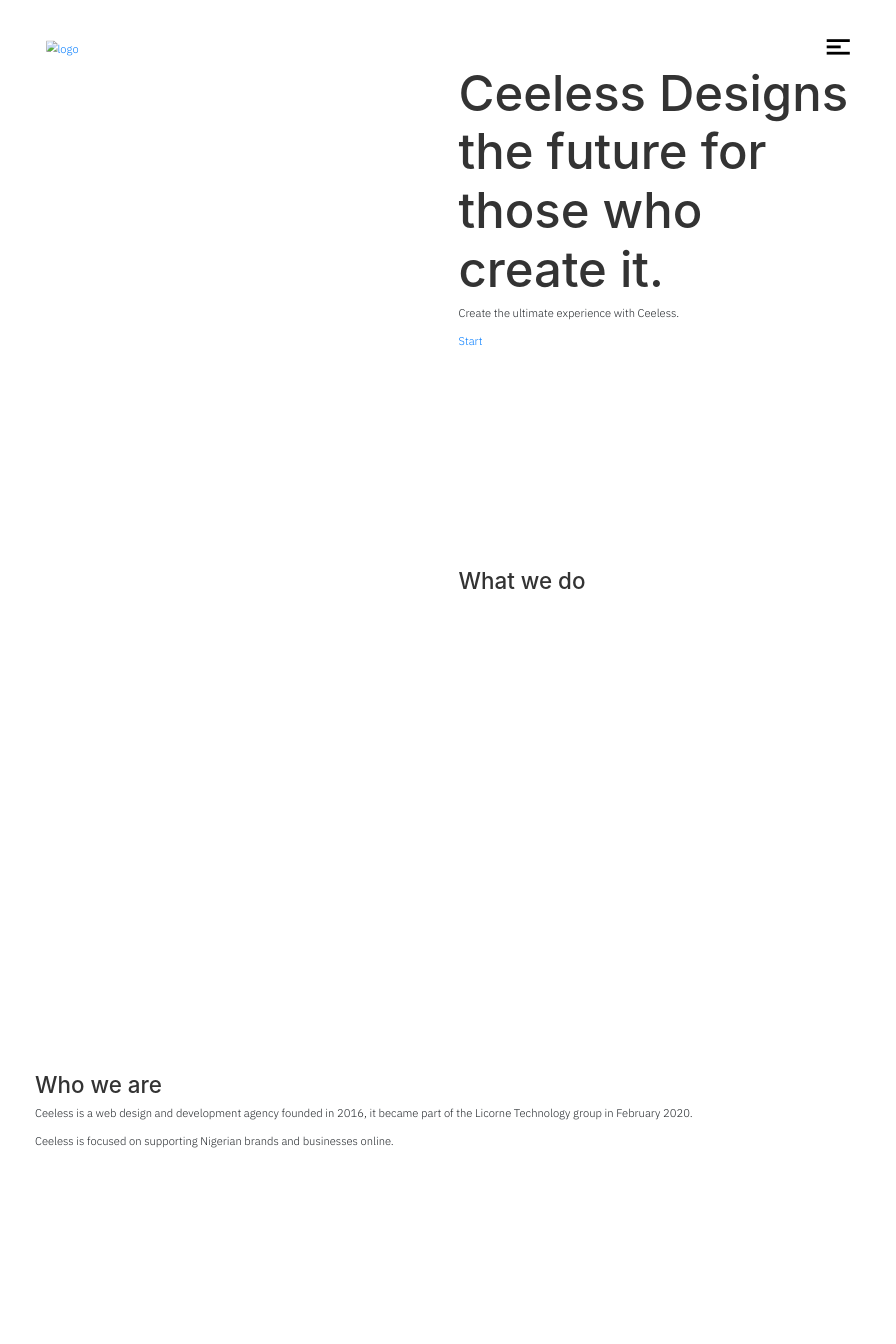
Repository: Licorne-Technologies/Ceeless-v2
Page: index.html
An editor plug-in stored every save of this project. The page is shown before and after the next save, followed by the edit.
The browser window is 1280 px wide. The pictures show the part of the page from y = 0 to 1920 px (the page is 3037 px tall), at 70% of full size.
Some web libraries are served in a nearby version. The style sheet was rebuilt from its Sass, Less or Tailwind sources for each picture, by a compiler version that may differ from the author's.

Above is the page before, as saved 2020-06-15 12:43:01.

### index.html
<!DOCTYPE html>
<html lang="en">
<head>
    <meta charset="UTF-8">
    <meta name="viewport" content="width=device-width, initial-scale=1.0">
    <!-- UIkit CSS -->
    <link rel="stylesheet" href="https://cdn.jsdelivr.net/npm/uikit@3.5.4/dist/css/uikit.min.css" />
    <!--Bootstrap-->
    <link rel="stylesheet" href="https://stackpath.bootstrapcdn.com/bootstrap/4.4.1/css/bootstrap.min.css" integrity="sha384-Vkoo8x4CGsO3+Hhxv8T/Q5PaXtkKtu6ug5TOeNV6gBiFeWPGFN9MuhOf23Q9Ifjh" crossorigin="anonymous">
    <!--Font awesome -->
    <link rel="stylesheet" href="https://stackpath.bootstrapcdn.com/font-awesome/4.7.0/css/font-awesome.min.css">
    <!--Stylesheet-->
    <link rel="stylesheet" href="css/stylesheet.css">
    <title>Ceeless || Licorne Technologies</title>
</head>
<body>
 <main class="wrapper pt-5">
     <!--Navigation Bar-->
    <header class="navbar">
        <div class="logo">
            <a href="index.html">
                <img src="" alt="logo">
            </a>
        </div>
        <div class="menu">
            <a class="menuIcon" href="#modal-full" uk-toggle>
                <span class="long-bar"></span>
                <span class="short-bar"></span>
                <span class="long-bar"></span>
            </a>
        </div>
        <!--Menu Modal-->
        <div id="modal-full" class="uk-modal-full" uk-modal>
            <div class="uk-modal-dialog">
                <button class="uk-modal-close-full uk-close-large" type="button" uk-close></button>
                <div class="row">
                    <div class="col">
                        <div class="menuItems">
                            <ul class="menuList">
                                <li>
                                    <a href="index.html" class="active"><i class="fa fa-home"></i>Home</a>
                                </li>
                                <li>
                                    <a href="#"><i class="fa fa-info"></i>About</a>
                                </li>
                                <li>
                                    <a href="#"><i class="fa fa-tasks" aria-hidden="true"></i>Portfolio</a>
                                </li>
                                <li>
                                    <a href="#"><i class="fa fa-plane"></i>Contact</a>
                                </li>
                            </ul>
                        </div>
                    </div>
                <div class="col"></div>
                </div>
            </div>
        </div>
    </header>
    <!--End of Navigation Bar-->



    <!--Jumbotron-->
    <section class="jumboText">
        <div class="row">
            <div class="col social-icons"></div>
            <div class="col">
                <div class="message">
                    <!--Message Text-->
                    <h1>Ceeless Designs the future for those who create it.</h1>
                    <p>Create the ultimate experience with Ceeless.</p>
                    <!--Action Btn-->
                    <a href="#" class="action-btn">Start</a>
                </div>

            </div>
        </div>
    </section>
    <!--End of Jumbotron-->

    <!--Portfolio and What We Do Section-->
    <section class="comboSection">
        <div class="row">
            <div class="col">
                <!--Portfolio Gallery-->
            </div>
            <div class="col">
                <h2 class="title">What we do</h2>
                <!--What we do Progress bar-->
            </div>
        </div>
    </section>
    <!--End of section-->

    <!--About us-->
    <section class="aboutUs">
        <div class="row">
            <div class="col">
                <h2 class="title">Who we are</h2>
                <p>Ceeless is a web design and development agency founded in 2016, it became part of the Licorne Technology group in February 2020.</p>
                <p>Ceeless is focused on supporting Nigerian brands and businesses online.</p>
            </div>
        </div>
    </section>
    <!--End of section-->

    <section class="contactUs">
        <div class="row">
            <div class="col">
                <h2 class="title">Work with us</h2>
                <h5>on your next project or get in touch for a chat.</h5>
            </div>
            <div class="col">
                <!--form-->
            </div>
        </div>
    </section>
 </main>
 <footer class="footer">
     <p>&copy;Ceeless Designs | Licorne Technologies</p>
 </footer>

<!-- UIkit JS -->
<script src="https://cdn.jsdelivr.net/npm/uikit@3.5.4/dist/js/uikit.min.js"></script>
<script src="https://cdn.jsdelivr.net/npm/uikit@3.5.4/dist/js/uikit-icons.min.js"></script>
</body>
</html>

### css/stylesheet.scss
@import 'variables';
@import 'footer';
@import 'contact';
@import 'aboutUs';
@import 'whatWeDo';
@import 'portfolio';
@import 'jumbotron';
@import 'navbar';

*{
    margin: 0;
    padding: 0;
    text-decoration: none;
    list-style: none;
    font-family: $font;
}
 section {
    height: 100vh;
}
@media screen and (min-width: 760px){
    .wrapper {
        margin: 0 50px;
    }
}

### css/_variables.scss
@import url('https://fonts.googleapis.com/css2?family=IBM+Plex+Sans:wght@300;700&display=swap');

$font: 'IBM Plex Sans', sans-serif;
$fontLight: 300;
$fontHeavy: 700;
$fontLarge: 70px;
$fontSmall: 45px;
$fontText: 20px;
$fontTextSm: 16px;
$dark: black;
$light: white;
$box-shadow: 0 5px 15px rgba(0,0,0,0.08);
$btn-shadow: 2px 20px 25px -15px rgba(0, 0, 0, 0.54);
$text-shadow: 2px 2px 4px rgba(0, 0, 0, 0.377);

### css/footer.scss
@import 'variables';

.footer {
    background-color: $dark;
    display: flex;
    align-items: center;
    p{
        color: $light;
        font-size: $fontText;
        padding: 10px;
    }
}

### css/jumbotron.scss
@import 'variables';

.message {
    display: flex;
    flex-direction: column;
    align-items: flex-start;
    h1{
        font-size: $fontLarge;
    }

}

### css/navbar.scss
@import 'variables';

.navbar {
    display: flex;
    width: 100%;
    justify-content: space-between;
}

.menuIcon {
    display: flex;
    flex-direction: column;
        .long-bar,.short-bar{
            border: 2px solid $dark;
            margin-bottom: 5px;
        }
        .long-bar{
            width: 33px;
        }
        .short-bar{
            width: 20px;
        }

        &:hover{
            .long-bar{
                width: 20px;
                transition: width 300ms ease-in-out 0s;

            }
            .short-bar{
                width: 33px;

            }
        }
}

.uk-modal-full {
    height: 100vh;
    background-color: $dark;
    overflow: hidden;
}
.uk-modal-close-full, .uk-close-large, .menuItems{
    background-color: $dark;
    color: $light;
}
.menuItems {
    height: 100vh;
    display: flex;
    flex-direction: column;
    justify-content: center;
}
.menuList {
    li {
        a {
            display: flex;
            align-items: center;
            color: $light;
            font-size: $fontSmall;
            line-height: $fontSmall;

            .fa {
                display: flex;
                justify-content: center;
                align-items: center;
                height: 100px;
                width: 100px;
                border-radius: 50%;
                background-color: $dark;
                color: $light;
                margin-right: 7px;
            }

            &:hover {
                text-decoration: none;

                .fa{
                    background-color: $light;
                    color: $dark;
                }
            }
        }
    }
}

Loaded but not shown: css/contact.scss (common file); css/aboutUs.scss (common file); css/whatWeDo.scss (common file); css/portfolio.scss (common file)

After the next save:
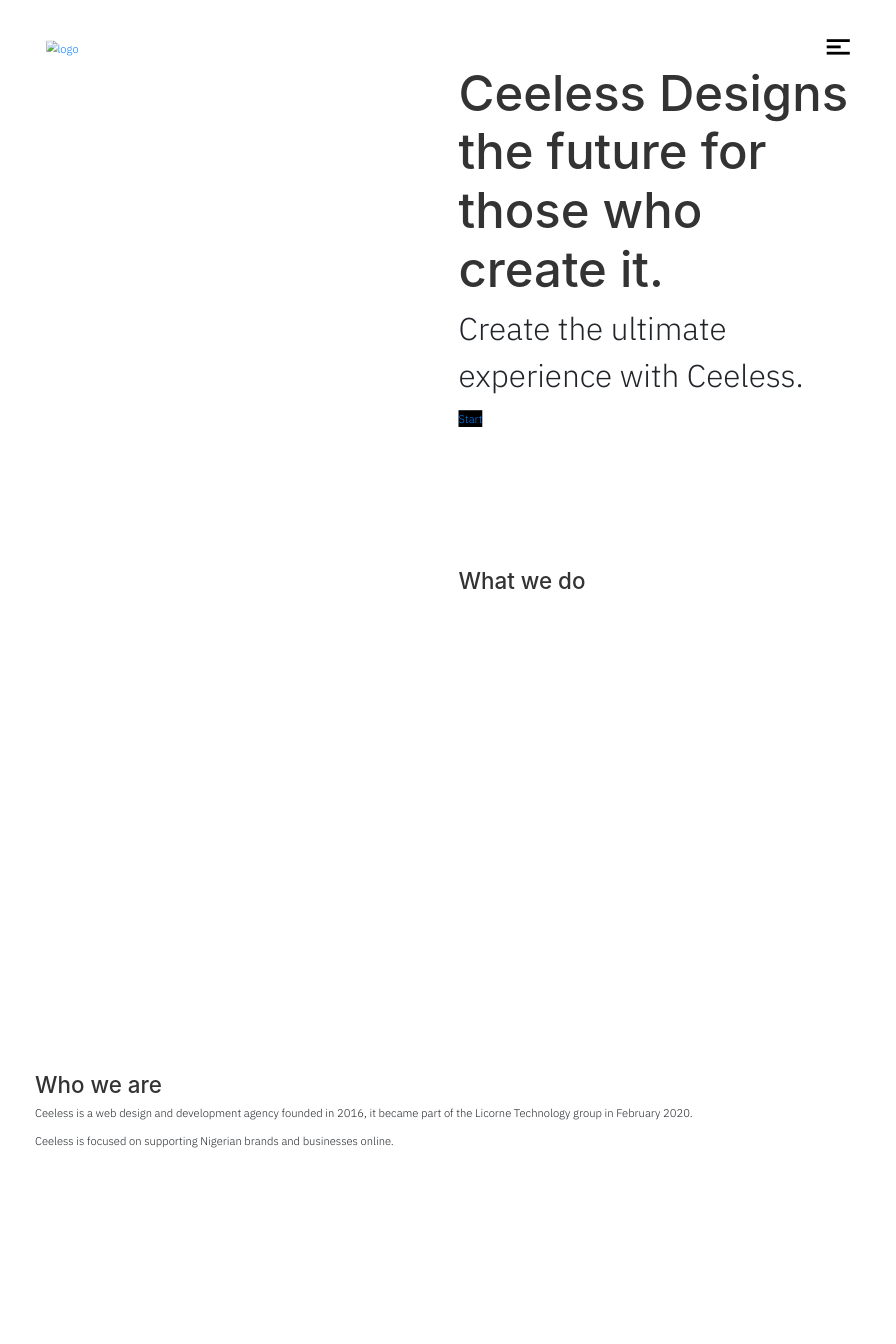
Saved 40 s later.
--- a/css/jumbotron.scss
+++ b/css/jumbotron.scss
@@ -7,5 +7,11 @@
     h1{
         font-size: $fontLarge;
     }
+    p{
+        font-size: $fontSmall;
+    }
+}
+a.action-btn{
+    background-color: $dark;
 
 }
